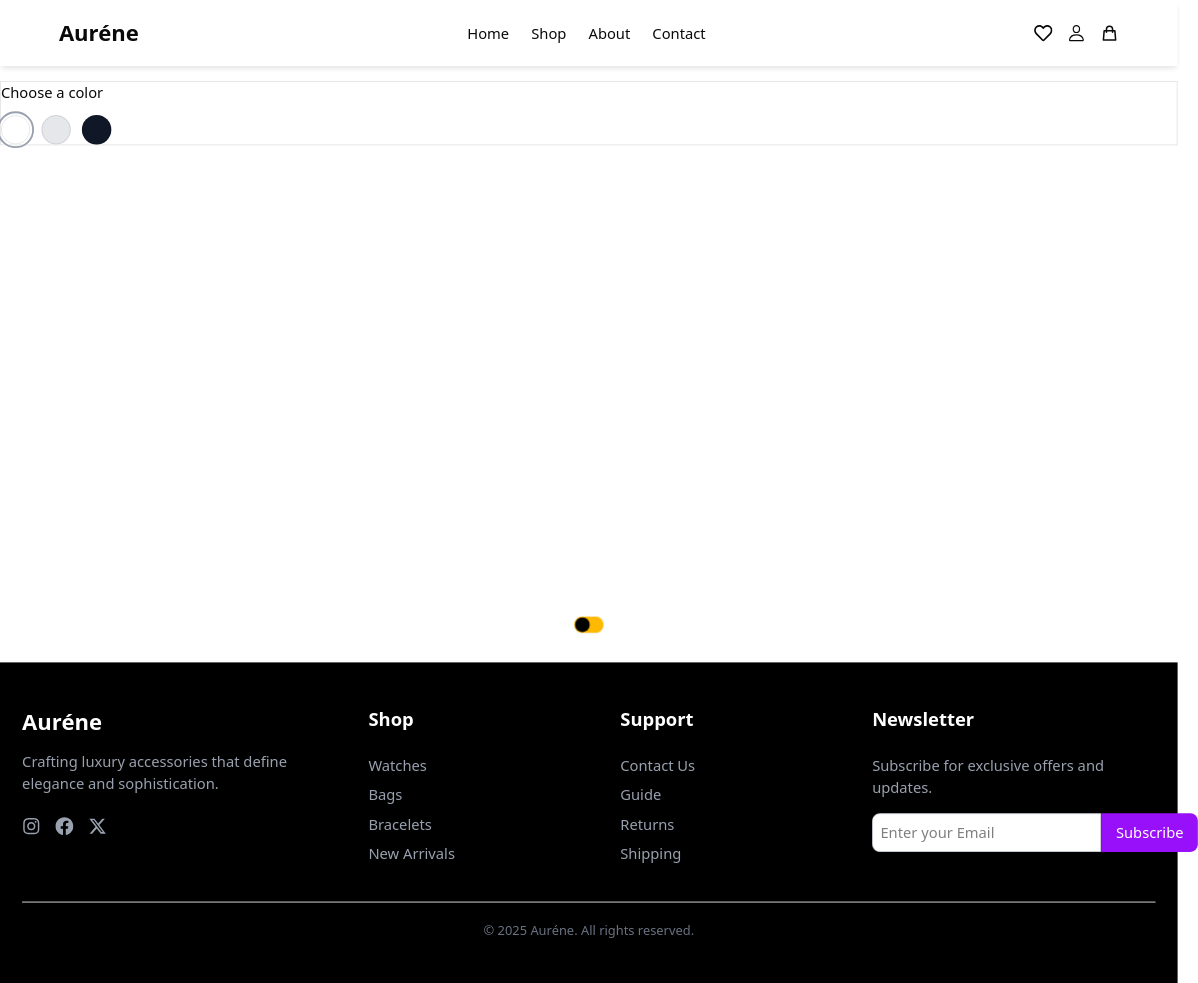
Repository: oehab30/Aur-ne-e-commerce-
Page: /Wishlist
An editor plug-in stored every save of this project. The page is shown before and after a run of saves, followed by the edit.
The browser window is 1280 px wide. The page is 1302 px wide, so the pictures cover 1302 px, including what lies to the right of the window. The pictures show the whole page, at 92% of full size.
The project was rebuilt for these pictures with package versions that can differ from the ones it lists, and the page was loaded fresh each time. Also part of the build but not shown: src/components/home-page/Hero.tsx, src/components/home-page/Hotoffers.tsx, src/components/home-page/Dontmiss.tsx, src/components/home-page/Featuredcollection.tsx, src/components/home-page/BestSellers.tsx, src/components/home-page/Summercollection.tsx, src/pages/Home.tsx, src/components/common/Categories.tsx and 7 more.

Above is the page before, as saved 2025-11-26 18:53:56.

After the next 3 saves:
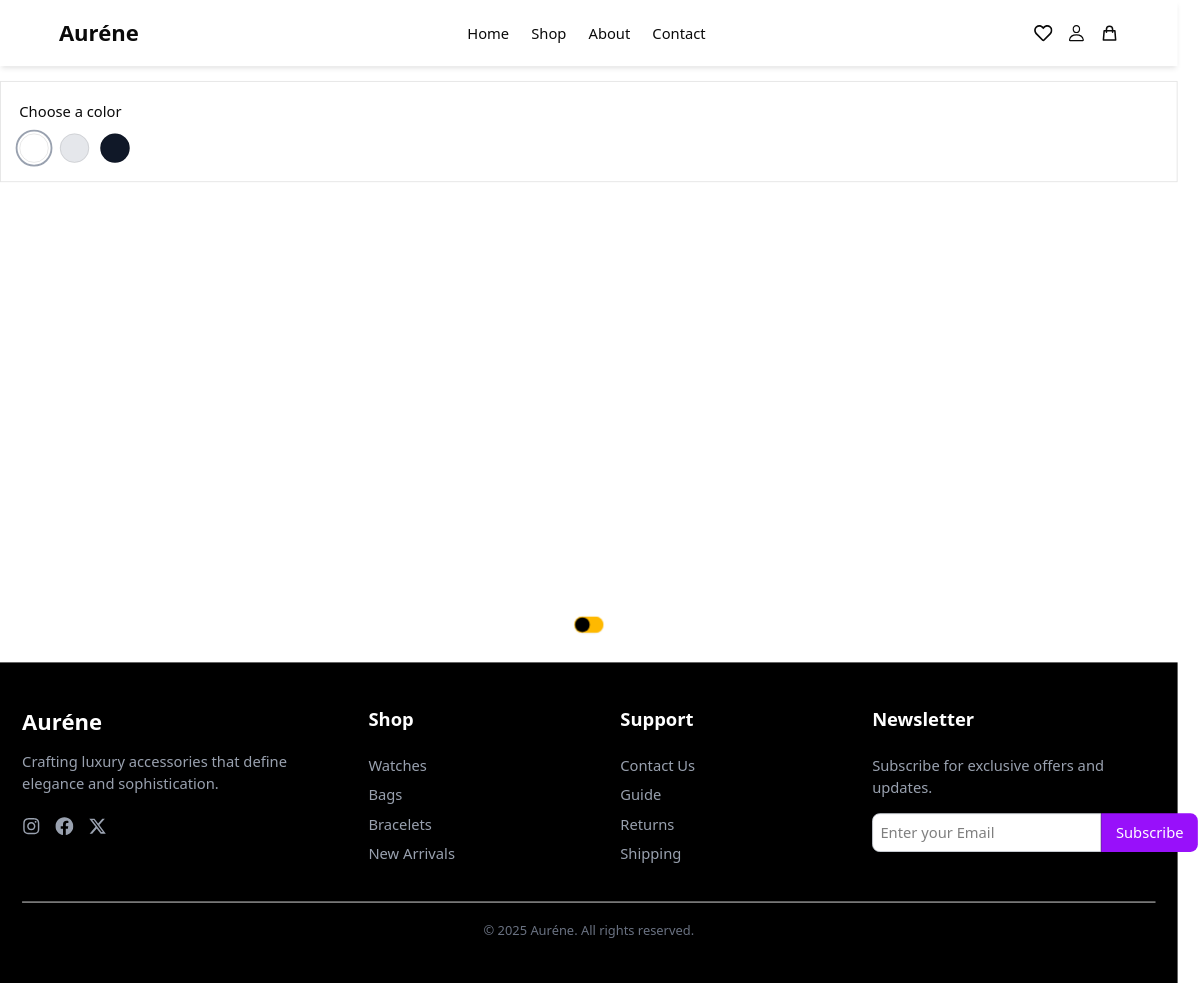
The 3 saves are shown as one change because they came seconds apart.
The last was saved 10 s later.
--- a/src/components/Shop-page/color.tsx
+++ b/src/components/Shop-page/color.tsx
@@ -11,7 +11,7 @@ function Color() {
   };
 
   return (
-    <fieldset aria-label="Choose a color" className="mt-4 border-1 ">
+    <fieldset aria-label="Choose a color" className="mt-4 border-1 p-5 ">
         <h1 className='mb-3'>Choose a color</h1>
       <div className="flex items-center gap-x-3">
         {product.colors.map((color, index) => (
